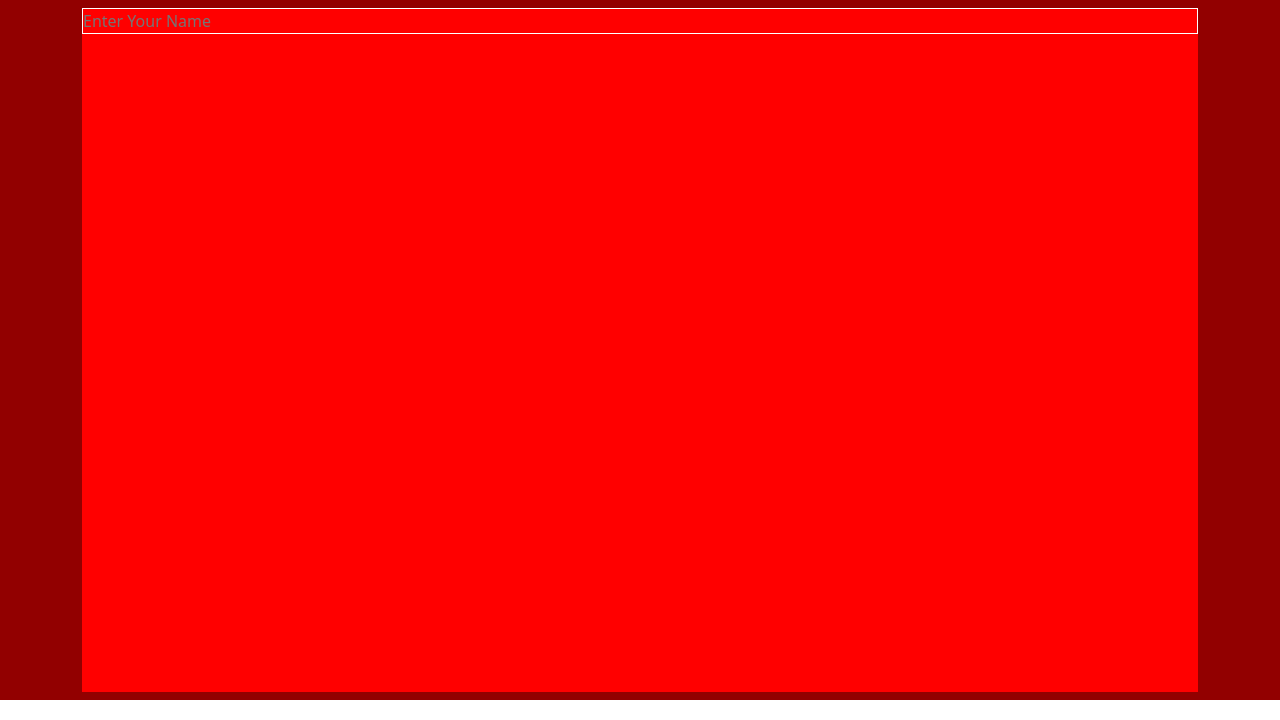
Repository: Haneef-Shaik/Greetings
Page: /
These files come from the project's save history. The page is drawn as it stood at one moment and after the next save; the edit follows.
The browser window is 1280 px wide. The pictures show the whole page.
The project was rebuilt for these pictures with package versions that can differ from the ones it lists, and the page was loaded fresh each time. The framework's server and built-in components were replaced by stand-ins that run in the browser. Also part of the build but not shown: next.config.js, styles/card.module.scss, components/card.js, styles/socialShare.module.scss, components/socialShare.js.

Above is the page before, as saved 2021-12-01 20:08:13.

### pages/_app.js
import '../styles/globals.css'
import 'bootstrap/dist/css/bootstrap.css'


function MyApp({ Component, pageProps }) {
  return <Component {...pageProps} />
}

export default MyApp

### pages/index.js
import Card from "../components/card.js";
import {useRouter} from 'next/router';
import Ss from "../components/socialShare"
import InpFrm from "../components/form"

export default function Home() {
  const {query} = useRouter();
  const myurls='https://gratefulprayerthankfulheart.com/wp-content/uploads/2014/12/aquawhitechristmastreegreeting.jpg';

  if(query.length > 0)
  {

    if(query.greeting)
    {
      return (
        <>
          <Card event={query.event} image={query.bgImg} name={query.name} greeting={query.greeting}  />
        </>
          )
    }
    else
    {
      return (
        <>
          <Card event={query.event} image={query.bgImg} name={query.name}  />
        </>
          )
    }

  }
  else
  {
    return (
        <>
          <InpFrm />
        </>
        )
  }
    // return (
    //   <>
        {/* <Card event='Event' image={myurls} name='Name' color='red' greeting="Lorem Ipsum is simply dummy text of the printing and typesetting industry. Lorem Ipsum has been thing software like Aldus PageMaker including versions of Lorem Ipsum."  /> */}
        {/* <Ss mylink="localhost:3000/name=haneef&event=christmas" /> */}
    {/*     <Ss mylink="localhost:3000/name=haneef&event=christmasW&sddsajnodsoduaibdadbksa" /> */}
    //   </>
    //     )

}

### components/form.js
/* eslint-disable no-undef */
import React, {useState,useRef} from 'react'

import 'bootstrap/dist/css/bootstrap.min.css';
import styles from '../styles/form.module.scss';
import IMAGE from 'next/image'


function Edit() {
    return (
        <div className="container-fluid p-2 "  style={{backgroundColor:'#920000'} }>
            <div className="container">
                <div className="row">
                    <div className="col-12">
                        <div className={styles.formContainer} >
                            <form>
                                <input type="text" placeholder="Enter Your Name" className="col-12 inpName" />
                            </form>
                        </div>
                    </div>
                </div>
            </div>
        </div>
    )
}


class InvitationCard extends React.Component{
    render(){
        return (

                <div className="body p-2" style={{backgroundColor: this.props.c,backgroundImage:`url(${this.props.im})`,backgroundSize:350,backgroundRepeat:'no-repeat'}} >
                    <h1 id="heading" style={{color: this.props.heading}}>{this.props.name}</h1>
                    <p style={{marginTop: "50px",color: this.props.content}}>{this.props.message}</p>
                    <p style={{color: this.props.content}} id="toWhom">{this.props.to}</p>
                </div>
        )
    }

}



export default Edit;

### styles/form.module.scss
.formContainer{
    height:95vh;
    background-color:#FF0000;
    input{
        border:1px solid #FFFFFF;
        background-color:red;
    }
}

Loaded but not shown: styles/globals.css (common file)

After the next save:
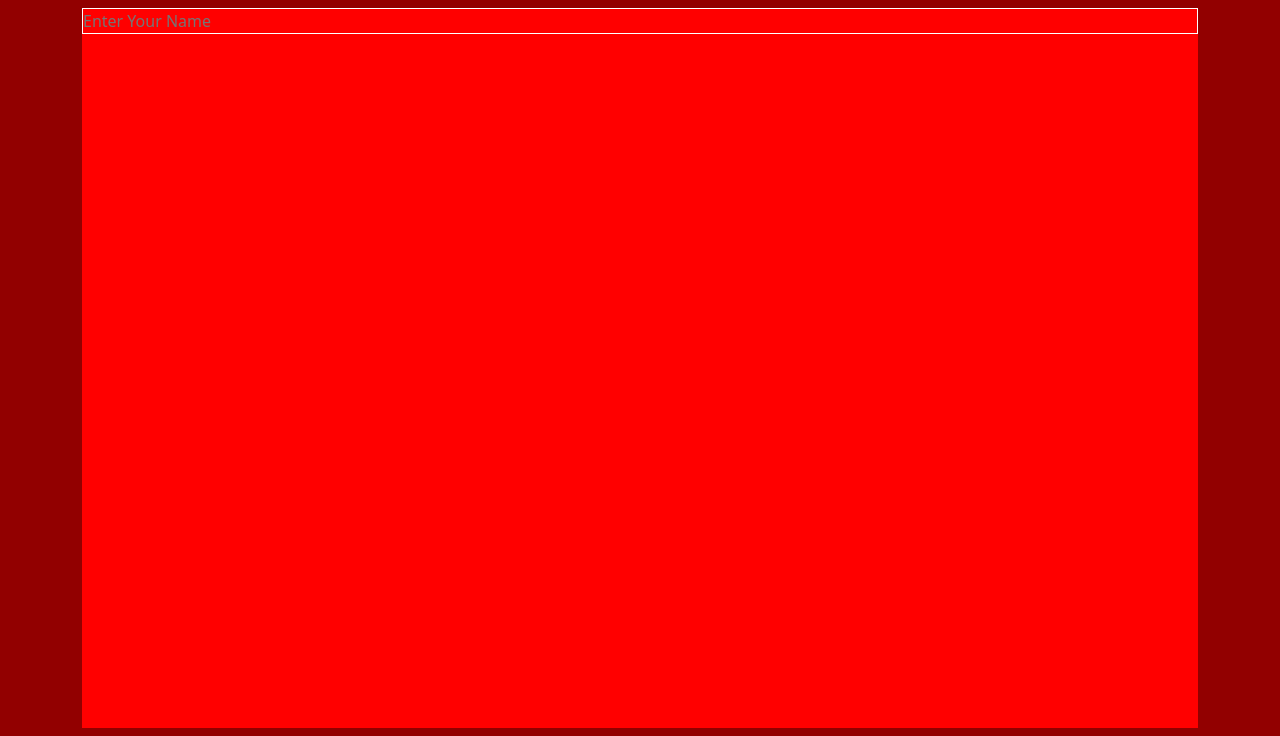
Saved 4 s later.
--- a/styles/form.module.scss
+++ b/styles/form.module.scss
@@ -1,5 +1,5 @@
 .formContainer{
-    height:95vh;
+    height:100vh;
     background-color:#FF0000;
     input{
         border:1px solid #FFFFFF;
